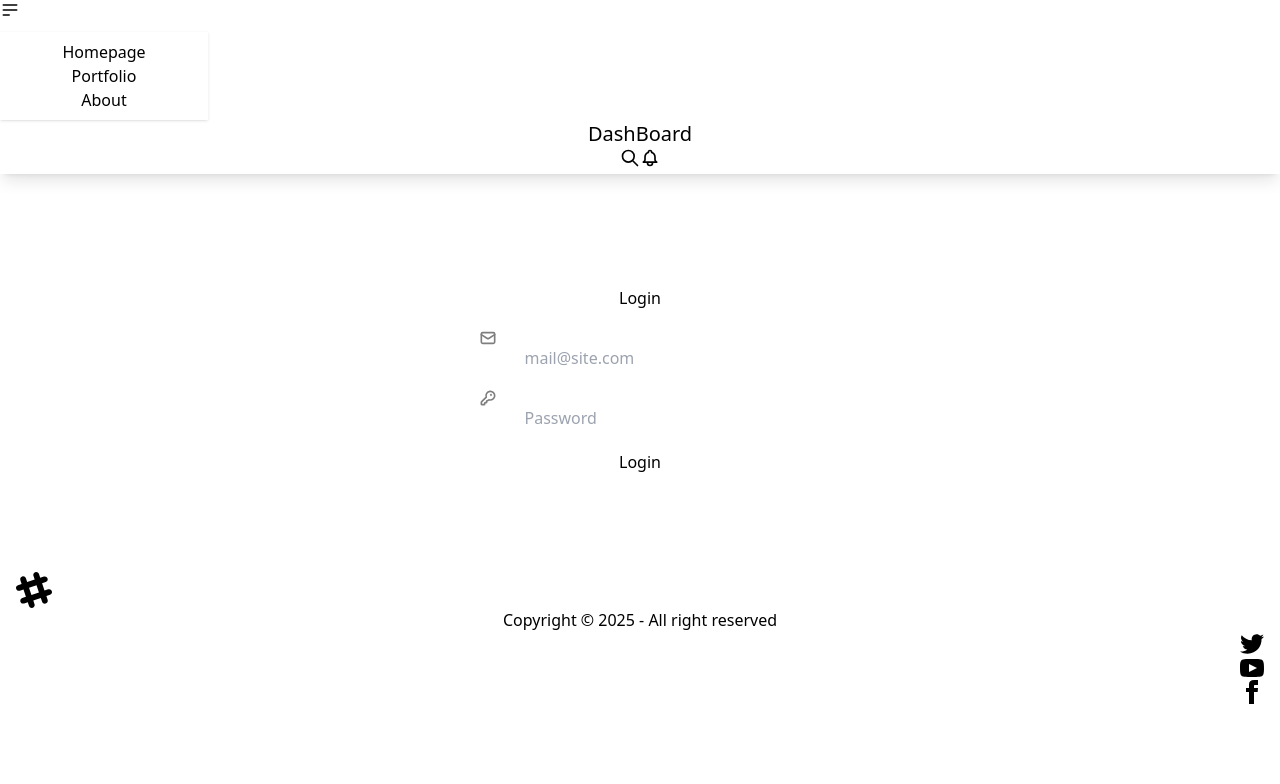
Repository: ROHIT8804/devTinderFrontEnd
Page: /login (app in devTinder-Web/)
These files come from the project's save history. The page is drawn as it stood at one moment and after the next save; the edit follows.
The browser window is 1280 px wide. The pictures show the whole page.
The project was rebuilt for these pictures with package versions that can differ from the ones it lists, and the page was loaded fresh each time. Also part of the build but not shown: devTinder-Web/vite.config.js, devTinder-Web/src/Profile.jsx.

Above is the page before, as saved 2025-07-26 17:06:06.

### devTinder-Web/src/App.jsx
import { useState } from "react";
import "./App.css";
import { Routes } from "react-router-dom";
import { BrowserRouter, Route } from "react-router-dom";
import Body from "./Body";
import Login from "./Login";
import Profile from "./Profile";

function App() {
  const [count, setCount] = useState(0);

  return (
    <>
      <BrowserRouter>
        <Routes>
          <Route path="/" element={<Body />} >
            <Route path="/login" element={<Login />} />
            <Route path="/profile" element={<Profile />} />
          </Route>
        </Routes>
      </BrowserRouter>
    </>
  );
}

export default App;

### devTinder-Web/src/Body.jsx
import { Outlet } from "react-router-dom";
import Nav from "./Nav";
import Footer from "./Footer";

function Body() {
  return (
    <div className="relative min-h-screen ">
      {/* Fixed Navbar */}
      <div className="fixed top-0 left-0 w-full z-50">
        <Nav />
      </div>
      {/* Main Content */}
      <div className="flex flex-col items-center justify-center pt-[3.5rem] pb-[5rem] min-h-screen">
        <Outlet />
      </div>
      {/* Fixed Footer */}
      <div className="fixed bottom-0 left-0 w-full z-50">
        <Footer />
      </div>
    </div>
  );
}

export default Body;

### devTinder-Web/src/Login.jsx
function Login() {
  return (
    <div className="card card-border bg-base-100 w-96">
        <h2 className="card-title justify-center">Login</h2>
      <div className="card-body">
        <div class="mt-5">
          <label className="input validator">
            <svg
              className="h-[1em] opacity-50"
              xmlns="http://www.w3.org/2000/svg"
              viewBox="0 0 24 24"
            >
              <g
                strokeLinejoin="round"
                strokeLinecap="round"
                strokeWidth="2.5"
                fill="none"
                stroke="currentColor"
              >
                <rect width="20" height="16" x="2" y="4" rx="2"></rect>
                <path d="m22 7-8.97 5.7a1.94 1.94 0 0 1-2.06 0L2 7"></path>
              </g>
            </svg>
            <input type="email" placeholder="mail@site.com" required />
          </label>
          <div className="validator-hint hidden">Enter valid email address</div>
        </div>
        <div className="mt-5">
          <label className="input validator">
            <svg
              className="h-[1em] opacity-50"
              xmlns="http://www.w3.org/2000/svg"
              viewBox="0 0 24 24"
            >
              <g
                strokeLinejoin="round"
                strokeLinecap="round"
                strokeWidth="2.5"
                fill="none"
                stroke="currentColor"
              >
                <path d="M2.586 17.414A2 2 0 0 0 2 18.828V21a1 1 0 0 0 1 1h3a1 1 0 0 0 1-1v-1a1 1 0 0 1 1-1h1a1 1 0 0 0 1-1v-1a1 1 0 0 1 1-1h.172a2 2 0 0 0 1.414-.586l.814-.814a6.5 6.5 0 1 0-4-4z"></path>
                <circle cx="16.5" cy="7.5" r=".5" fill="currentColor"></circle>
              </g>
            </svg>
            <input
              type="password"
              required
              placeholder="Password"
              minlength="8"
              pattern="(?=.*\d)(?=.*[a-z])(?=.*[A-Z]).{8,}"
              title="Must be more than 8 characters, including number, lowercase letter, uppercase letter"
            />
          </label>
          <p className="validator-hint hidden">
            Must be more than 8 characters, including
            <br />
            At least one number <br />
            At least one lowercase letter <br />
            At least one uppercase letter
          </p>
        </div>
        <div className="card-actions justify-center mt-5">
          <button className="btn btn-primary">Login</button>
        </div>
      </div>
    </div>
  );
}

export default Login;

### devTinder-Web/src/Nav.jsx


function Nav() {
   return (
    <>
    {/* Navigation Bar */}
      <div className="navbar bg-base-100 shadow-lg">
        <div className="navbar-start">
          <div className="dropdown">
            <div
              tabIndex={0}
              role="button"
              className="btn btn-ghost btn-circle"
            >
              <svg
                xmlns="http://www.w3.org/2000/svg"
                className="h-5 w-5"
                fill="none"
                viewBox="0 0 24 24"
                stroke="currentColor"
              >
                <path
                  strokeLinecap="round"
                  strokeLinejoin="round"
                  strokeWidth="2"
                  d="M4 6h16M4 12h16M4 18h7"
                />
              </svg>
            </div>
            <ul
              tabIndex={0}
              className="menu menu-sm dropdown-content bg-base-100 rounded-box z-[1] mt-3 w-52 p-2 shadow"
            >
              <li>
                <a>Homepage</a>
              </li>
              <li>
                <a>Portfolio</a>
              </li>
              <li>
                <a>About</a>
              </li>
            </ul>
          </div>
        </div>

        <div className="navbar-center">
          <a className="btn btn-ghost text-xl">DashBoard</a>
        </div>

        <div className="navbar-end">
          <button className="btn btn-ghost btn-circle">
            <svg
              xmlns="http://www.w3.org/2000/svg"
              className="h-5 w-5"
              fill="none"
              viewBox="0 0 24 24"
              stroke="currentColor"
            >
              <path
                strokeLinecap="round"
                strokeLinejoin="round"
                strokeWidth="2"
                d="M21 21l-6-6m2-5a7 7 0 11-14 0 7 7 0 0114 0z"
              />
            </svg>
          </button>

          <button className="btn btn-ghost btn-circle">
            <div className="indicator">
              <svg
                xmlns="http://www.w3.org/2000/svg"
                className="h-5 w-5"
                fill="none"
                viewBox="0 0 24 24"
                stroke="currentColor"
              >
                <path
                  strokeLinecap="round"
                  strokeLinejoin="round"
                  strokeWidth="2"
                  d="M15 17h5l-1.405-1.405A2.032 2.032 0 0118 14.158V11a6.002 6.002 0 00-4-5.659V5a2 2 0 10-4 0v.341C7.67 6.165 6 8.388 6 11v3.159c0 .538-.214 1.055-.595 1.436L4 17h5m6 0v1a3 3 0 11-6 0v-1m6 0H9"
                />
              </svg>
              <span className="badge badge-xs badge-primary indicator-item"></span>
            </div>
          </button>
        </div>
      </div>
    </>

   );
 }

 export default Nav;

### devTinder-Web/src/Footer.jsx
function Footer() {
  return (
    <div>
        {/* Footer */}
      <footer className="footer sm:footer-horizontal bg-neutral text-neutral-content items-center p-4">
        <aside className="grid-flow-col items-center">
          <svg
            width="36"
            height="36"
            viewBox="0 0 24 24"
            xmlns="http://www.w3.org/2000/svg"
            fillRule="evenodd"
            clipRule="evenodd"
            className="fill-current">
            <path
              d="M22.672 15.226l-2.432.811.841 2.515c.33 1.019-.209 2.127-1.23 2.456-1.15.325-2.148-.321-2.463-1.226l-.84-2.518-5.013 1.677.84 2.517c.391 1.203-.434 2.542-1.831 2.542-.88 0-1.601-.564-1.86-1.314l-.842-2.516-2.431.809c-1.135.328-2.145-.317-2.463-1.229-.329-1.018.211-2.127 1.231-2.456l2.432-.809-1.621-4.823-2.432.808c-1.355.384-2.558-.59-2.558-1.839 0-.817.509-1.582 1.327-1.846l2.433-.809-.842-2.515c-.33-1.02.211-2.129 1.232-2.458 1.02-.329 2.13.209 2.461 1.229l.842 2.515 5.011-1.677-.839-2.517c-.403-1.238.484-2.553 1.843-2.553.819 0 1.585.509 1.85 1.326l.841 2.517 2.431-.81c1.02-.33 2.131.211 2.461 1.229.332 1.018-.21 2.126-1.23 2.456l-2.433.809 1.622 4.823 2.433-.809c1.242-.401 2.557.484 2.557 1.838 0 .819-.51 1.583-1.328 1.847m-8.992-6.428l-5.01 1.675 1.619 4.828 5.011-1.674-1.62-4.829z"></path>
          </svg>
          <p>Copyright © {new Date().getFullYear()} - All right reserved</p>
        </aside>
        <nav className="grid-flow-col gap-4 md:place-self-center md:justify-self-end">
          <a>
            <svg
              xmlns="http://www.w3.org/2000/svg"
              width="24"
              height="24"
              viewBox="0 0 24 24"
              className="fill-current">
              <path
                d="M24 4.557c-.883.392-1.832.656-2.828.775 1.017-.609 1.798-1.574 2.165-2.724-.951.564-2.005.974-3.127 1.195-.897-.957-2.178-1.555-3.594-1.555-3.179 0-5.515 2.966-4.797 6.045-4.091-.205-7.719-2.165-10.148-5.144-1.29 2.213-.669 5.108 1.523 6.574-.806-.026-1.566-.247-2.229-.616-.054 2.281 1.581 4.415 3.949 4.89-.693.188-1.452.232-2.224.084.626 1.956 2.444 3.379 4.6 3.419-2.07 1.623-4.678 2.348-7.29 2.04 2.179 1.397 4.768 2.212 7.548 2.212 9.142 0 14.307-7.721 13.995-14.646.962-.695 1.797-1.562 2.457-2.549z"></path>
            </svg>
          </a>
          <a>
            <svg
              xmlns="http://www.w3.org/2000/svg"
              width="24"
              height="24"
              viewBox="0 0 24 24"
              className="fill-current">
              <path
                d="M19.615 3.184c-3.604-.246-11.631-.245-15.23 0-3.897.266-4.356 2.62-4.385 8.816.029 6.185.484 8.549 4.385 8.816 3.6.245 11.626.246 15.23 0 3.897-.266 4.356-2.62 4.385-8.816-.029-6.185-.484-8.549-4.385-8.816zm-10.615 12.816v-8l8 3.993-8 4.007z"></path>
            </svg>
          </a>
          <a>
            <svg
              xmlns="http://www.w3.org/2000/svg"
              width="24"
              height="24"
              viewBox="0 0 24 24"
              className="fill-current">
              <path
                d="M9 8h-3v4h3v12h5v-12h3.642l.358-4h-4v-1.667c0-.955.192-1.333 1.115-1.333h2.885v-5h-3.808c-3.596 0-5.192 1.583-5.192 4.615v3.385z"></path>
            </svg>
          </a>
        </nav>
      </footer>
    </div>
  )
}

export default Footer;

### devTinder-Web/tailwind.config.js
/** @type {import('tailwindcss').Config} */
export default {
  content: [
    "./index.html",
    "./src/**/*.{js,ts,jsx,tsx}",
  ],
  theme: {
    extend: {},
  },
  plugins: [require("daisyui")],
  daisyui: {
    themes: ["light", "dark", "cupcake"],
    darkTheme: "light", // Set this to "light" for light theme default
    base: true,
    styled: true,
    utils: true,
  },
}

Loaded but not shown: devTinder-Web/index.html (common file); devTinder-Web/src/main.jsx (common file); devTinder-Web/src/index.css (common file); devTinder-Web/src/App.css (common file)

After the next save:
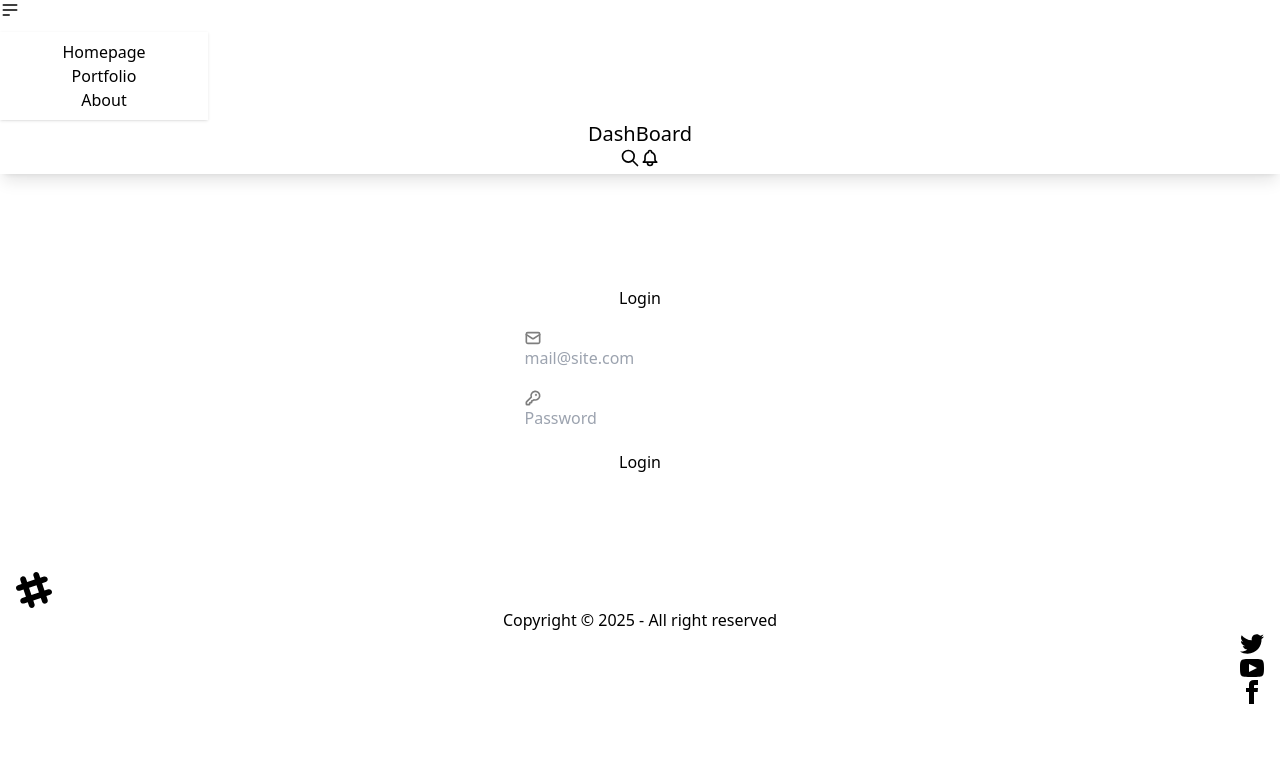
Saved 28 s later.
--- a/devTinder-Web/src/Login.jsx
+++ b/devTinder-Web/src/Login.jsx
@@ -1,6 +1,6 @@
 function Login() {
   return (
-    <div className="card card-border bg-base-100 w-96">
+    <div className="card card-border bg-base-100 w-90">
         <h2 className="card-title justify-center">Login</h2>
       <div className="card-body">
         <div class="mt-5">

After the 2 saves that followed:
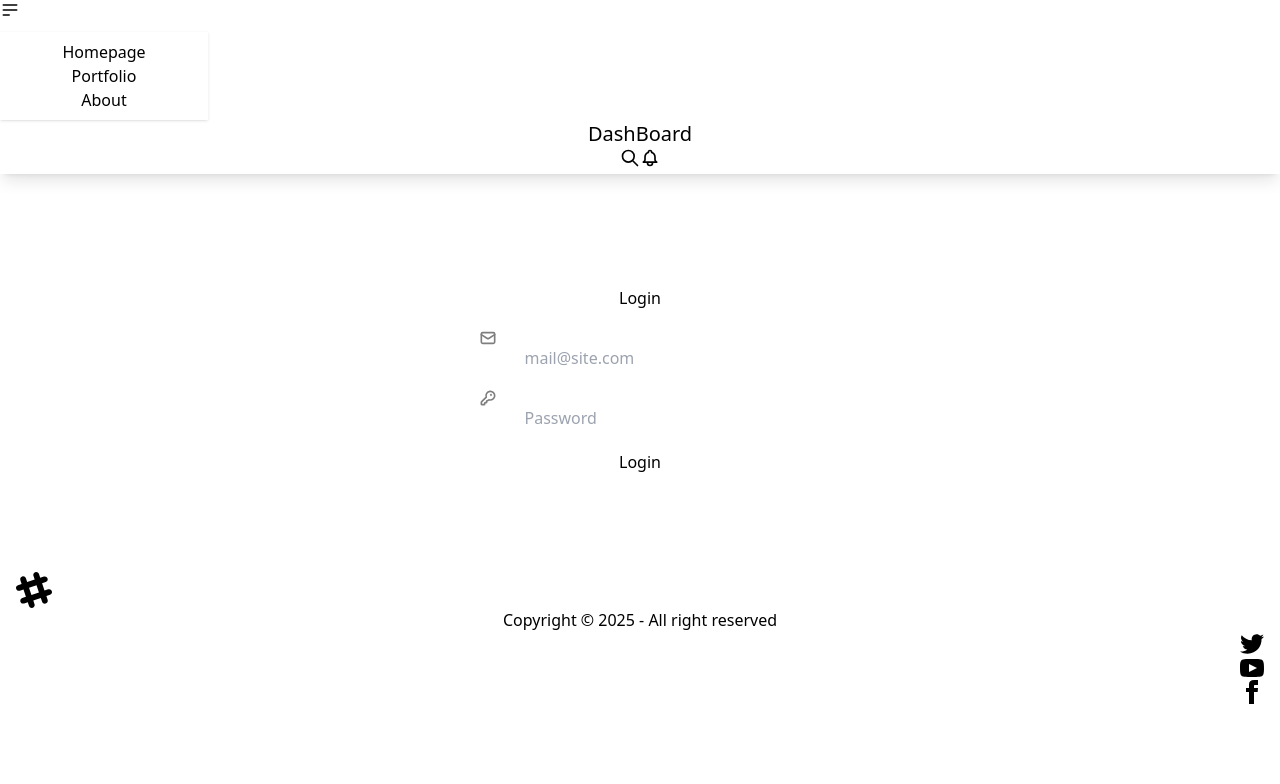
The 2 saves are shown as one change because 1 left the picture as it was.
The last was saved 24 s later.
--- a/devTinder-Web/src/Login.jsx
+++ b/devTinder-Web/src/Login.jsx
@@ -1,6 +1,6 @@
 function Login() {
   return (
-    <div className="card card-border bg-base-100 w-90">
+    <div className="card card-border bg-base-100 w-96">
         <h2 className="card-title justify-center">Login</h2>
       <div className="card-body">
         <div class="mt-5">
